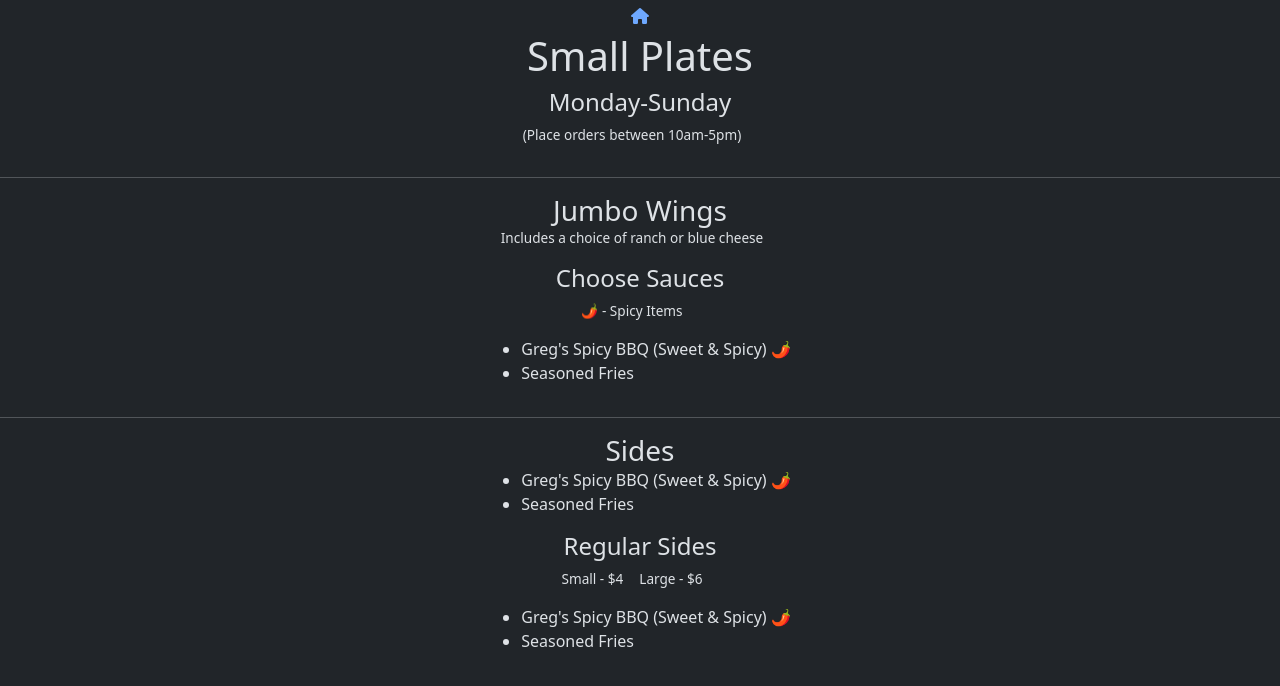
Repository: dukedward/smokehousemenu
Page: plates/index.html
The author's editor kept a copy of each file at every save. The page is drawn from the files as they stood at one save, then again after the next save.
The browser window is 1280 px wide. The pictures show the whole page.
Some web libraries are served in a nearby version.

Above is the page before, as saved 2023-03-06 13:03:50.

After the next save:
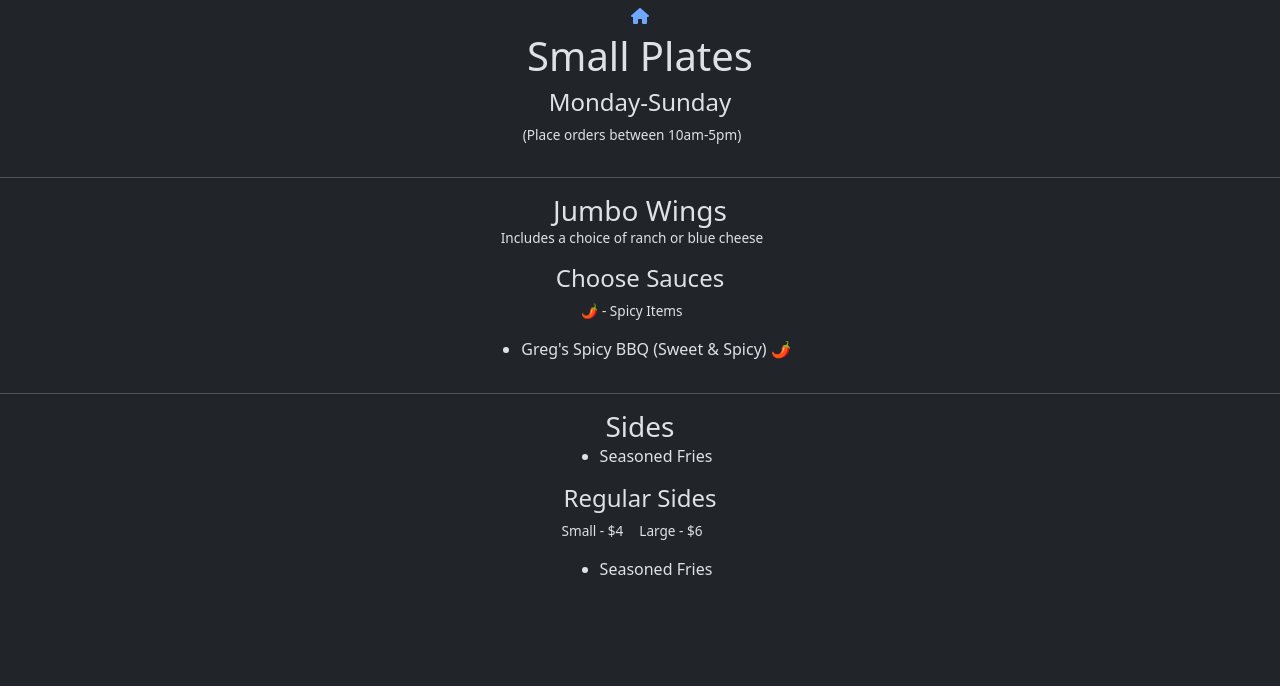
Saved 28 s later.
--- a/script.js
+++ b/script.js
@@ -115,9 +115,11 @@ function addSection() {
                             const newSubSectList = document.createElement('ul');
                             for (p=0; p < products.length; p++) {
                                 prodName = products[p].category.name
-                                const newSubSectListItem = document.createElement('li');
-                                newSubSectListItem.innerHTML = products[p].name
-                                newSubSectList.appendChild(newSubSectListItem)
+                                if (catName === prodName) {
+                                    const newSubSectListItem = document.createElement('li');
+                                    newSubSectListItem.innerHTML = products[p].name
+                                    newSubSectList.appendChild(newSubSectListItem)
+                                }
 
                             }
                             // Appending all elements to Sub Section
